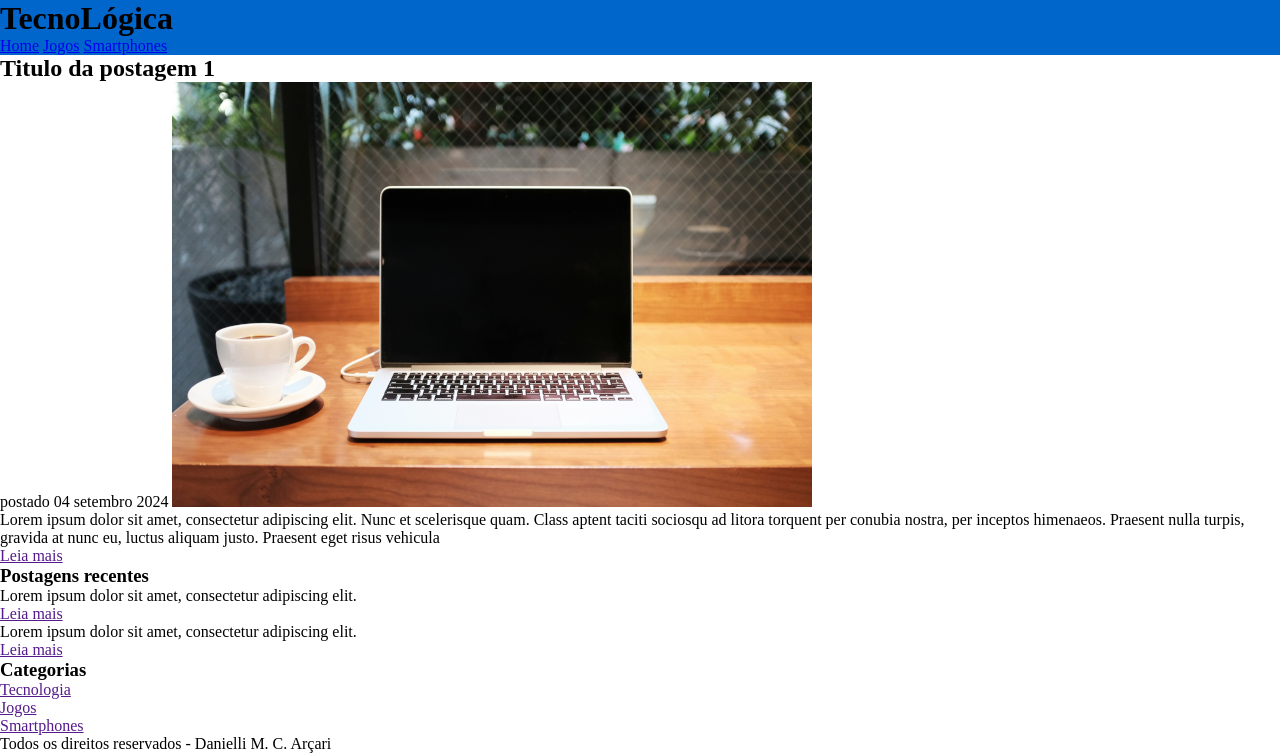
Repository: danielli-arcari/blog-html-css
Page: index.html
The author's editor kept a copy of each file at every save. The page is drawn from the files as they stood at one save, then again after the next save.
The browser window is 1280 px wide. The pictures show the whole page.

Above is the page before, as saved 2026-03-10 16:09:41.

After the next save:
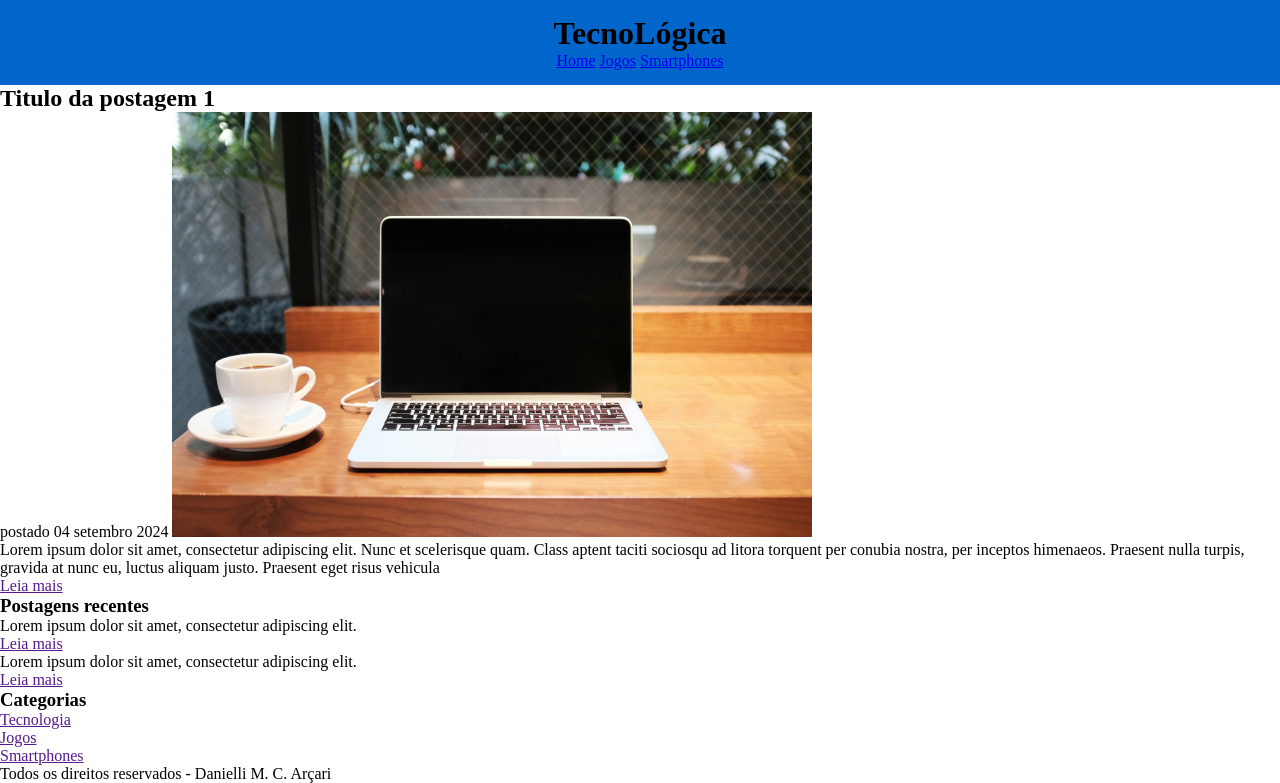
Saved 91 s later.
--- a/css/style.css
+++ b/css/style.css
@@ -10,4 +10,6 @@
 */
 #header{
     background-color: #0066CC;
+    padding: 15px;
+    text-align: center;
 }
